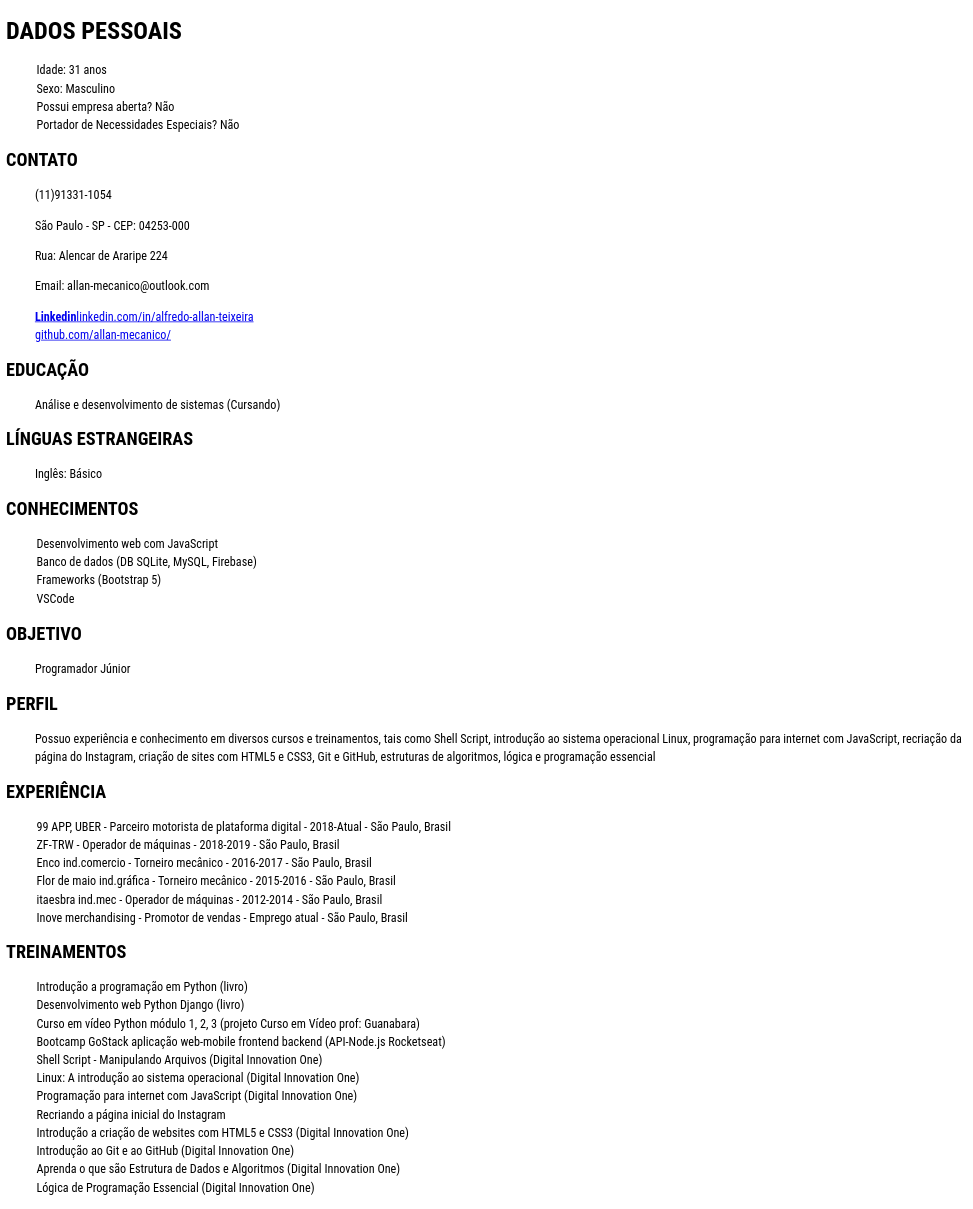
Repository: alfredo-allan/Portfolio
Page: curriculo.html
An editor plug-in stored every save of this project. The page is shown before and after a run of saves, followed by the edit.
The browser window is 1280 px wide. The pictures show the whole page, at 76% of full size.

Above is the page before, as saved 2024-03-20 15:10:33.

After the next 5 saves:
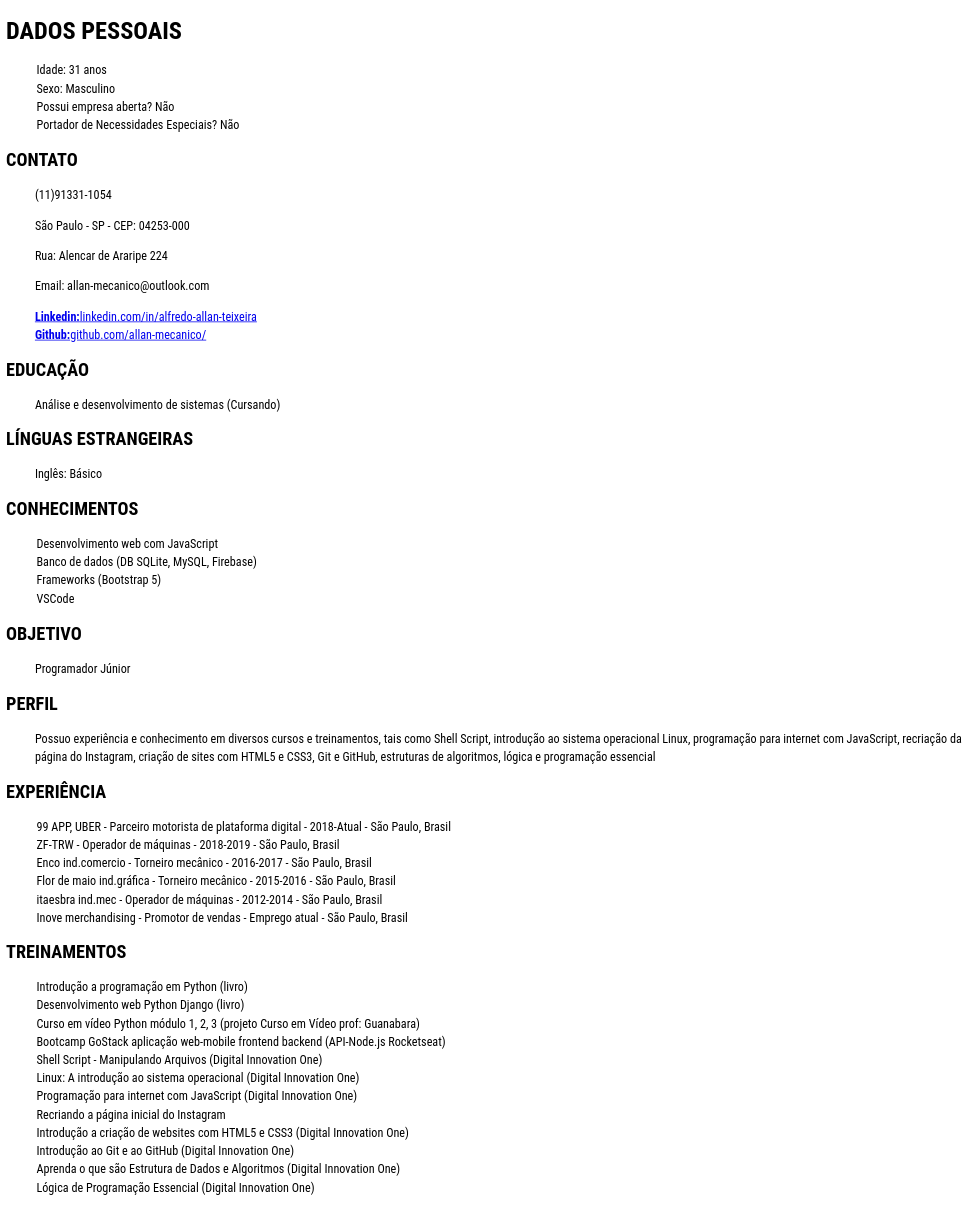
The 5 saves are shown as one change because they came seconds apart.
The last was saved 17 s later.
--- a/curriculo.html
+++ b/curriculo.html
@@ -25,9 +25,9 @@
 	<p>Rua: Alencar de Araripe 224</p>
 	<p>Email: allan-mecanico@outlook.com</p>
 
-	<a href="www.linkedin.com/in/alfredo-allan-teixeira-ba2701149/"><strong>Linkedin</strong>linkedin.com/in/alfredo-allan-teixeira</a>
+	<a href="www.linkedin.com/in/alfredo-allan-teixeira-ba2701149/"><strong>Linkedin:</strong>linkedin.com/in/alfredo-allan-teixeira</a>
 	<br>
-	<a href="https://github.com/allan-mecanico/">github.com/allan-mecanico/</a>
+	<a href="https://github.com/allan-mecanico/"><strong>Github:</strong>github.com/allan-mecanico/</a>
 
 	<h2>EDUCAÇÃO</h2>
 	<p>Análise e desenvolvimento de sistemas (Cursando)</p>
